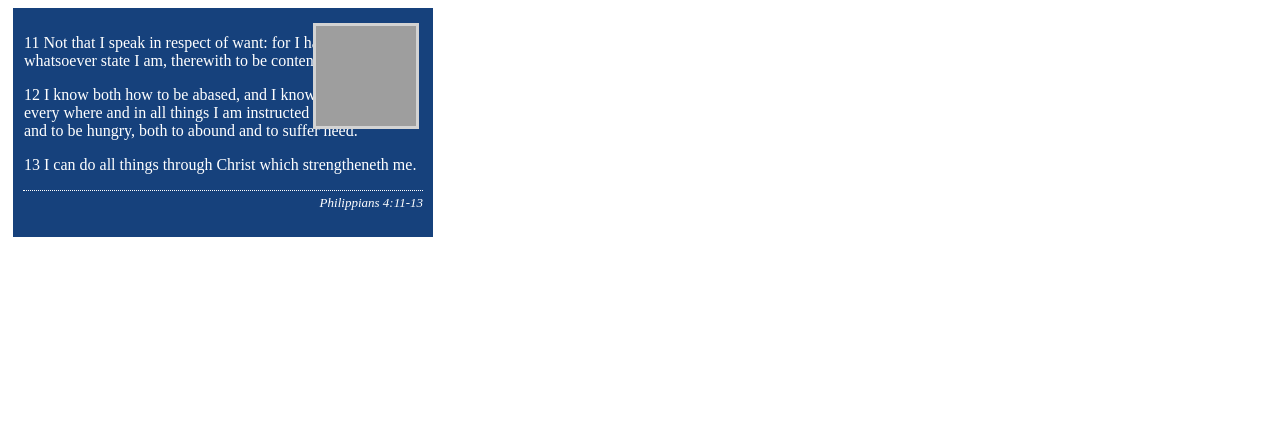
Repository: isaAJ05/wdd130
Page: week02/box-model.html
These files come from the project's save history. The page is drawn as it stood at one moment and after the next save; the edit follows.
The browser window is 1280 px wide. The pictures show the whole page.
Pictures or frames that could not be fetched are drawn as grey boxes.

Above is the page before, as saved 2025-05-15 01:10:05.

After the next save:
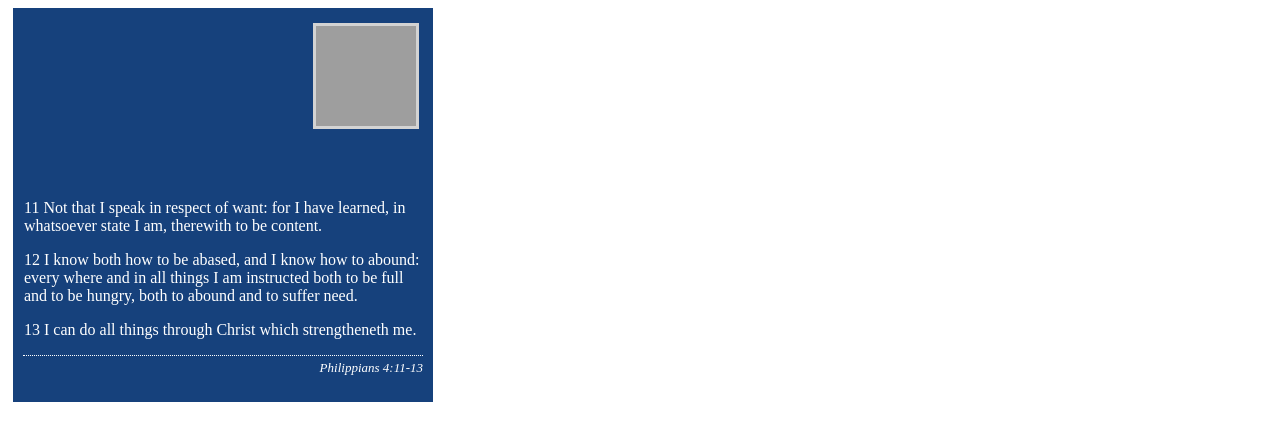
Saved 8 s later.
--- a/week02/styles/box-model.css
+++ b/week02/styles/box-model.css
@@ -8,7 +8,7 @@
 }
 
 .callout img {
-    position: absolute; ;
+    position: relative; ;
     margin: 5px 40px 50px 290px;
     border: rgba(22,65,124) 20px;
     padding: 3px;

After the 3 saves that followed:
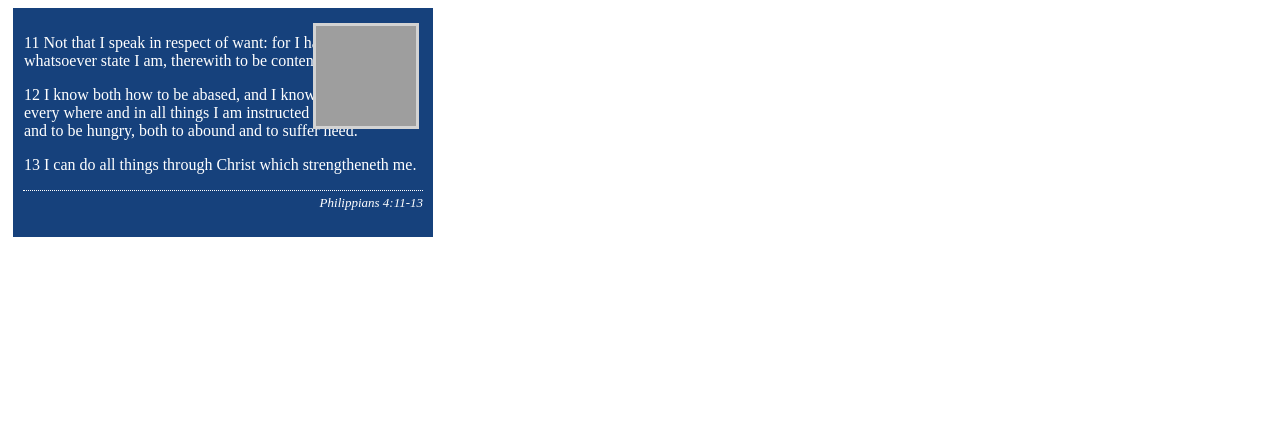
The 3 saves are shown as one change because 1 left the picture as it was and some came seconds apart.
The last was saved 14 s later.
--- a/week02/styles/box-model.css
+++ b/week02/styles/box-model.css
@@ -8,7 +8,7 @@
 }
 
 .callout img {
-    position: relative; ;
+    position: fixed; ;
     margin: 5px 40px 50px 290px;
     border: rgba(22,65,124) 20px;
     padding: 3px;
